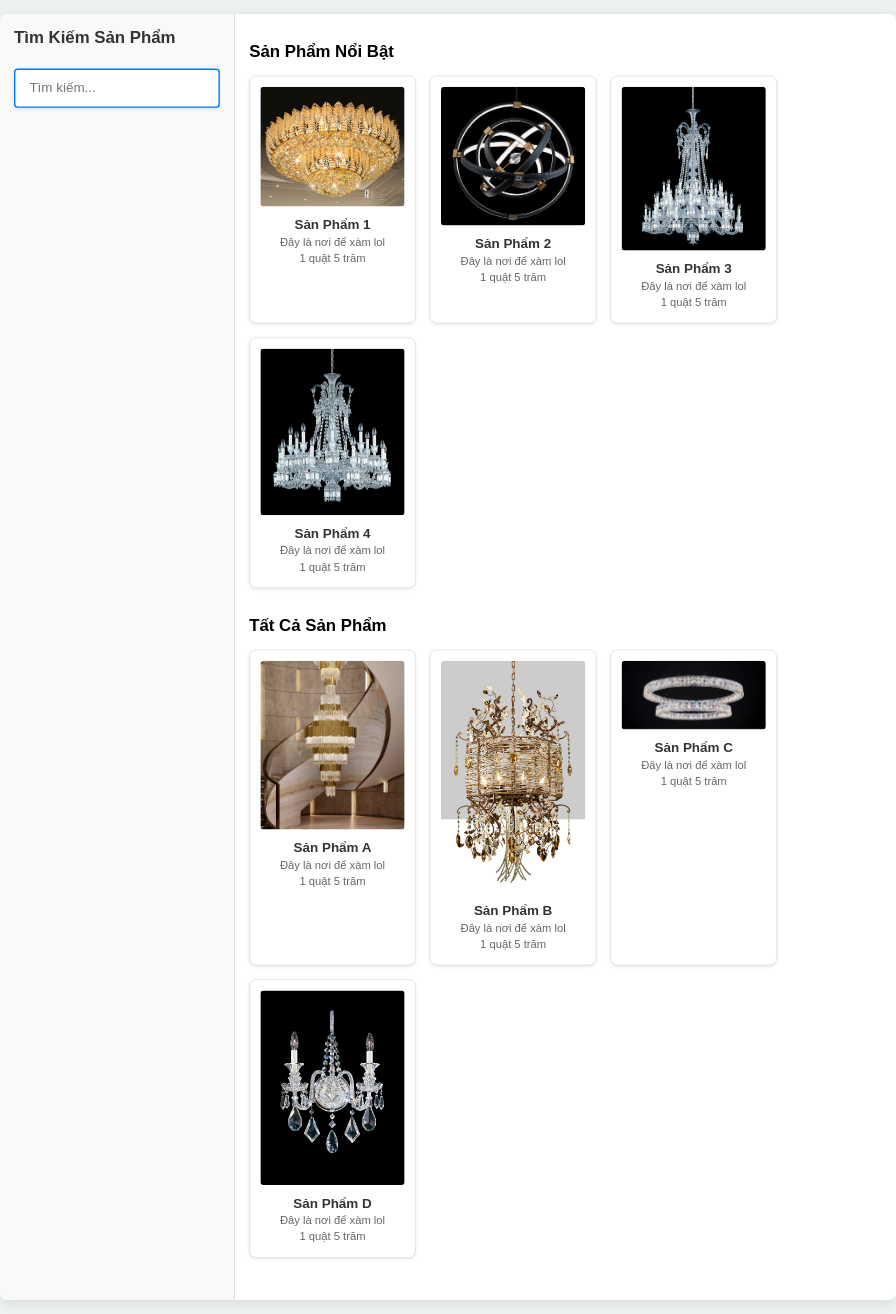
Repository: Nghia251506/eproject
Page: http://localhost/eproject/app/views/product.php
An editor plug-in stored every save of this project. The page is shown before and after the next save, followed by the edit.
The browser window is 1280 px wide. The pictures show the whole page, at 70% of full size.
The page is run by PHP 8.4 with error messages shown; the project is at /var/www/html/.

Above is the page before, as saved 2024-10-05 18:40:42.

After the next save:
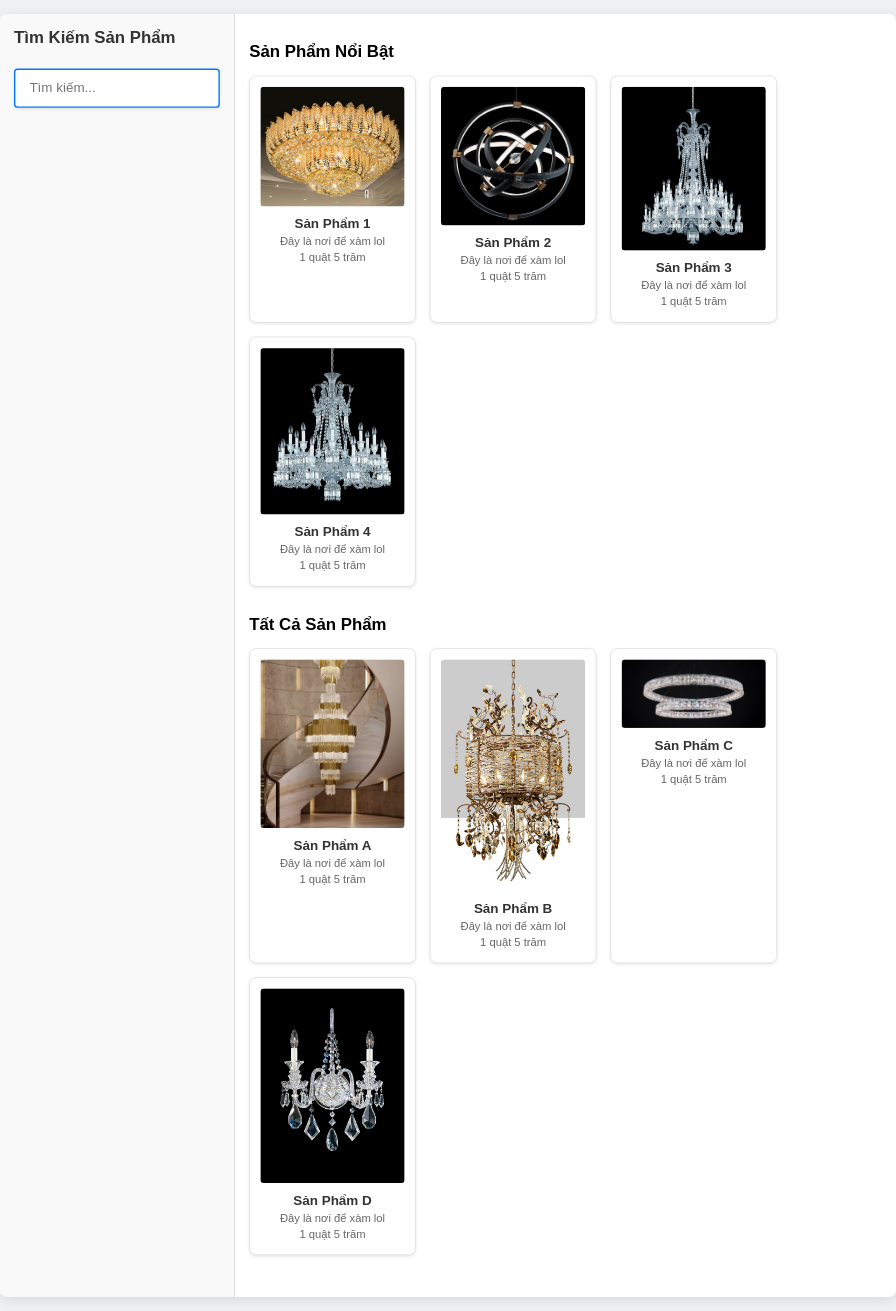
Saved 24 s later.
--- a/app/assets/css/product.css
+++ b/app/assets/css/product.css
@@ -184,7 +184,7 @@ select {
 } */
 
 /* Căn chỉnh hình ảnh của sản phẩm */
-img {
+container-product img {
     display: block;
     margin-bottom: 15px;
     max-width: 100px;
